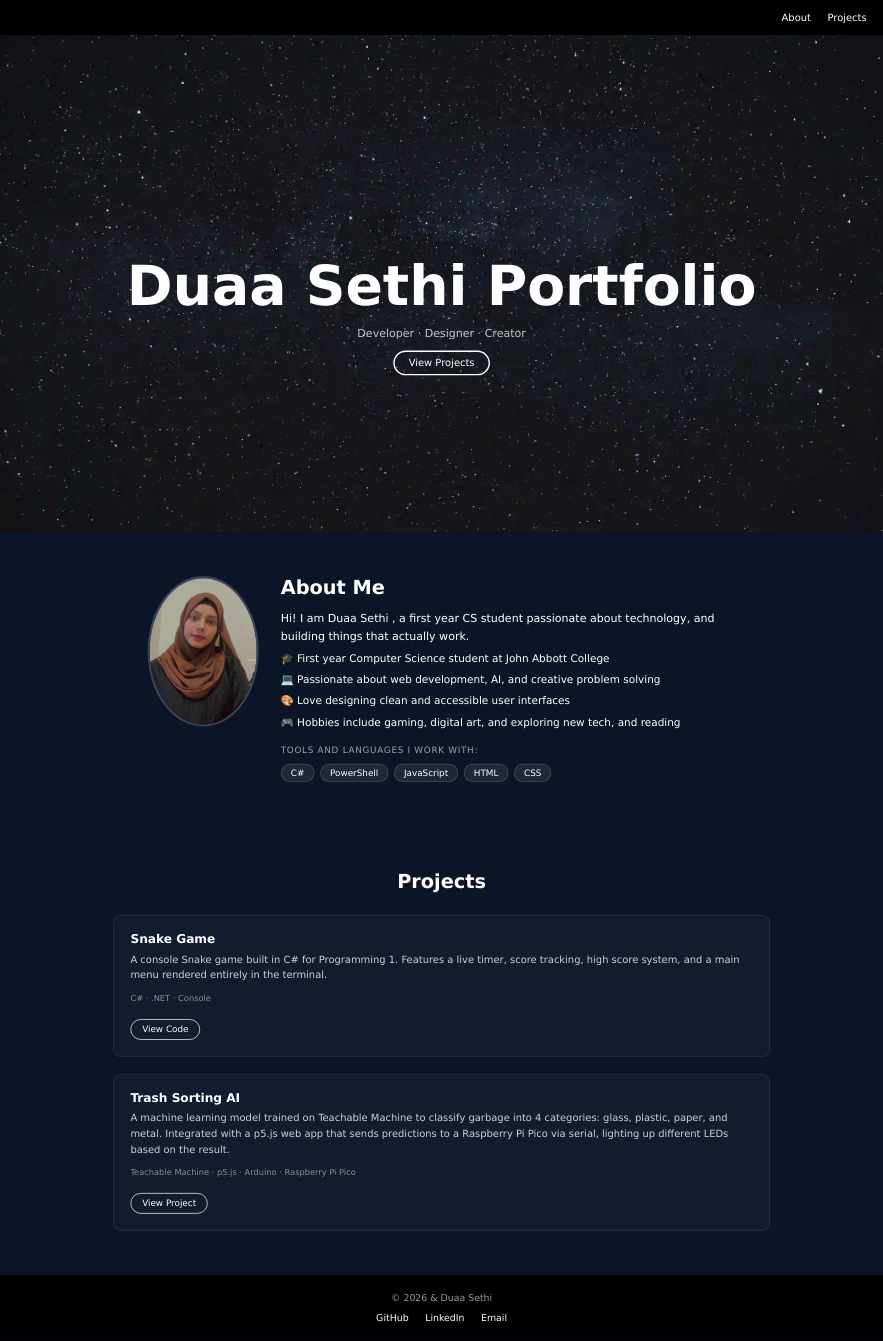
Repository: Duaa-Sethi/Duaa-Sethi
Page: index.html
The author's editor kept a copy of each file at every save. The page is drawn from the files as they stood at one save, then again after the next save.
The browser window is 1280 px wide. The pictures show the whole page, at 69% of full size.
Some web fonts or font styles are not loaded; a fallback is used.

Above is the page before, as saved 2026-05-08 16:56:26.

After the next save:
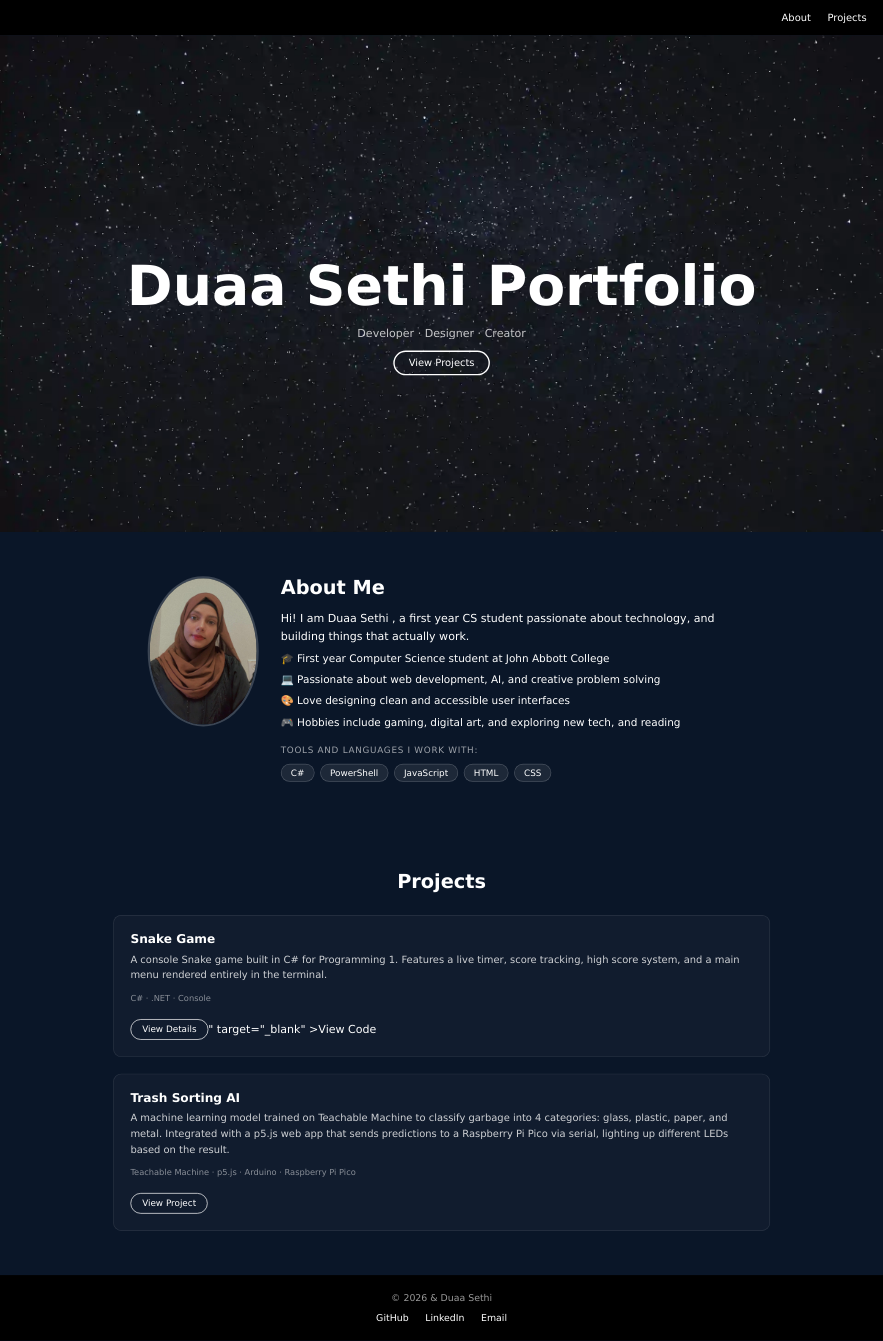
Saved 4 min 31 s later.
--- a/index.html
+++ b/index.html
@@ -3,7 +3,7 @@
   <head>
     <meta charset="UTF-8" />
     <meta name="viewport" content="width=device-width, initial-scale=1.0" />
-    <title>Dua Portfolio</title>
+    <title>Dua's Portfolio</title>
     <link rel="stylesheet" href="./styles/index.css" />
     <link rel="stylesheet" href="./styles/globals.css" />
   </head>
@@ -72,7 +72,7 @@
           </p>
           <p class="tech">C# · .NET · Console</p>
           <a
-            href="https://github.com/Duaa-Sethi/Programming1-project-Dua-Sethi"
+            href="<a href="./pages/snake-game.html">View Details</a>"
             target="_blank"
             >View Code</a
           >
